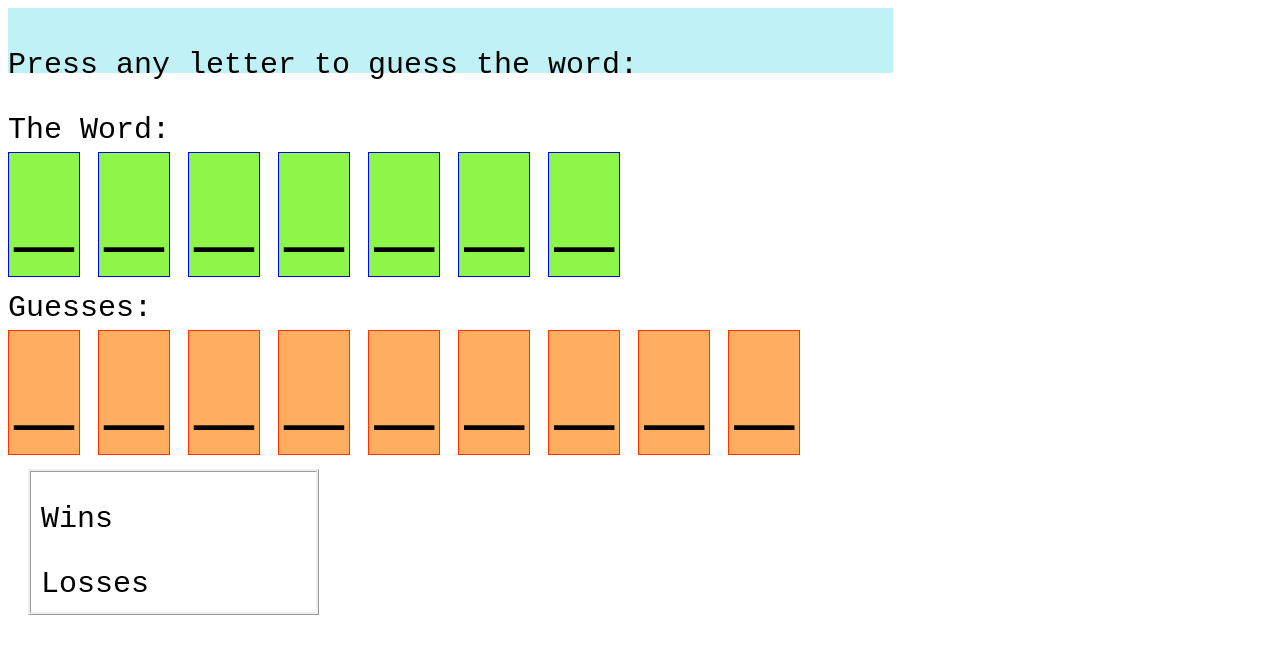
Repository: dsaftler/JavaScript
Page: index.html
The author's editor kept a copy of each file at every save. The page is drawn from the files as they stood at one save, then again after the next save.
The browser window is 1280 px wide. The pictures show the whole page.

Above is the page before, as saved 2019-03-30 23:11:57.

After the next save:
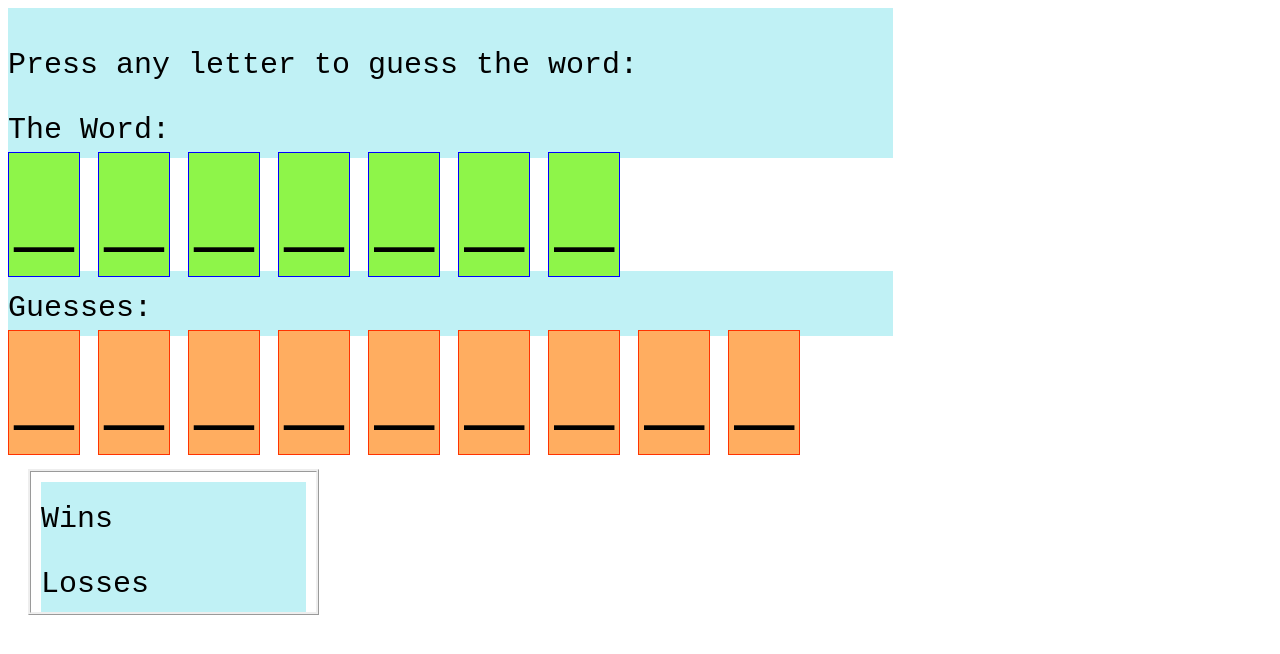
Saved 34 s later.
--- a/assets/css/style.css
+++ b/assets/css/style.css
@@ -3,11 +3,12 @@ font-weight: 400}
 .showtext {height:35px;
 padding: 20px 0 10px;
 font-size: 30px;
+background-color: rgb(192, 241, 245)
 }
 .container {width:70%;
   max-width: 960px;
 /* background-image: "url('assets/images/Hangman.png')"; */
-background-color: rgb(192, 241, 245);
+;
  }
 .letter {font-size: 100px;
   display: inline;
